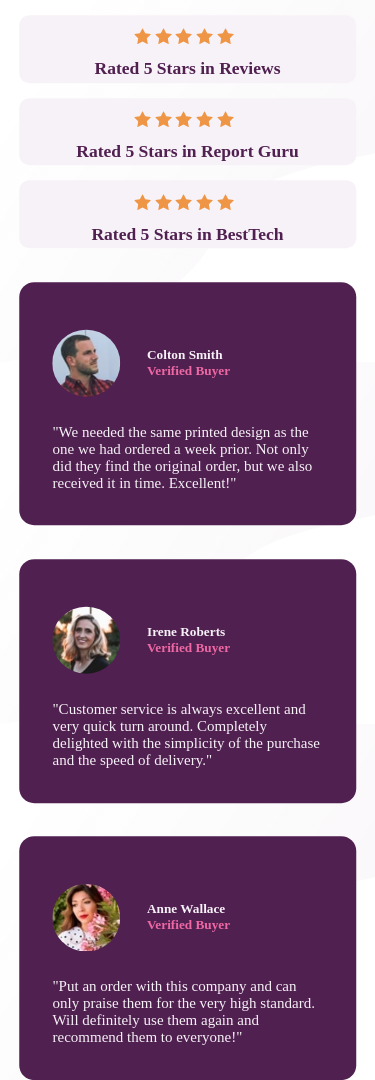
Repository: superZXMzzl/FrontendMentor
Page: social-proof-section-master/index.html
An editor plug-in stored every save of this project. The page is shown before and after the next save, followed by the edit.
The browser window is 375 px wide. The pictures show the whole page.

Above is the page before, as saved 2022-05-10 11:53:47.

### social-proof-section-master/index.html
<!DOCTYPE html>
<html lang="en">
  <head>
    <meta charset="UTF-8" />
    <meta name="viewport" content="width=device-width, initial-scale=1.0" />
    <!-- displays site properly based on user's device -->

    <link
      rel="icon"
      type="image/png"
      sizes="32x32"
      href="./images/favicon-32x32.png"
    />
    <link rel="stylesheet" href="style.css">
    <title>Frontend Mentor | Social proof section</title>


  </head>
  <body>

    <div class="container">
      <div class="top">
        <div class="left">
          <p class="leftTitle">10,000+ of our users love our products.</p>
          <p class="leftDes">We only provide great products combined with excellent customer service.
            See what our satisfied customers are saying about our services.</p>
        </div>
        <div class="right">
          <div class="right1">
            <div class="starBox">
              <img src="./images/icon-star.svg" class="star">
              <img src="./images/icon-star.svg" class="star">
              <img src="./images/icon-star.svg" class="star">
              <img src="./images/icon-star.svg" class="star">
              <img src="./images/icon-star.svg" class="star">
            </div>
            <h3 class="starDes">Rated 5 Stars in Reviews</h3>
          </div>
          <div class="right2">
            <div class="starBox">
              <img src="./images/icon-star.svg" class="star">
              <img src="./images/icon-star.svg" class="star">
              <img src="./images/icon-star.svg" class="star">
              <img src="./images/icon-star.svg" class="star">
              <img src="./images/icon-star.svg" class="star">
            </div>
            <h3 class="starDes">Rated 5 Stars in Report Guru</h3>
          </div>
          <div class="right3">
            <div class="starBox">
              <img src="./images/icon-star.svg" class="star">
              <img src="./images/icon-star.svg" class="star">
              <img src="./images/icon-star.svg" class="star">
              <img src="./images/icon-star.svg" class="star">
              <img src="./images/icon-star.svg" class="star">
            </div>
            <h3 class="starDes">Rated 5 Stars in BestTech</h3>
          </div>
        </div>
      </div>
      <div class="bottom">
        <div class="card1">
          <div class="cardHead">
            <img src="./images/image-colton.jpg" class="avatar">
            <div class="cardHeadText">
              <h5>Colton Smith</h5>
              <h5 class="ii">Verified Buyer</h5>
            </div>
          </div>
          <p class="cardText">"We needed the same printed design as the one we had ordered a week prior.
            Not only did they find the original order, but we also received it in time.
            Excellent!"</p>
        </div>
        <div class="card2">
          <div class="cardHead">
            <img src="./images/image-irene.jpg" class="avatar">
            <div class="cardHeadText">
              <h5>Irene Roberts</h5>
              <h5 class="ii">Verified Buyer</h5>
            </div>
          </div>
          <p class="cardText">"Customer service is always excellent and very quick turn around. Completely
            delighted with the simplicity of the purchase and the speed of delivery."
          </p>
        </div>
        <div class="card3">
          <div class="cardHead">
            <img src="./images/image-anne.jpg" class="avatar">
            <div class="cardHeadText">
              <h5>Anne Wallace</h5>
              <h5 class="ii">Verified Buyer</h5>
            </div>
          </div>
          <p class="cardText">"Put an order with this company and can only praise them for the very high
            standard. Will definitely use them again and recommend them to everyone!"</p>
        </div>
      </div>
    </div>
  </body>
</html>

### social-proof-section-master/style.css
* {
    margin: 0;
    padding: 0;
    box-sizing: border-box;
}

body {
    min-height: 100vh;
    display: flex;
    align-items: center;
    background-image: url(./images/bg-pattern-top-desktop.svg);
    position: relative;
}

.container {
    position: absolute;
    width: 90%;
    left: 50%;
    top: 50%;
    transform: translate(-50%, -50%);
}

.top {
    display: grid;
    align-items: center;
    grid-template-columns: 1fr 1fr;
}

.right1, .right2, .right3 {
    display: flex;
    align-items: center;
    background-color: hsl(300, 24%, 96%);
    margin: 15px 0;
    border-radius: 10px;
    width: 70%;
    font-size: 15px;
    color: hsl(300, 43%, 22%);
}

.right2 {
    margin-left: 15%;
}

.right3 {
    margin-left: 30%;
}

.starBox {
    margin: 10px;
    margin-right: 5%;
}

.bottom {
    width: 100%;
    display: flex;
    align-items: center;
    justify-content: space-between;
}

.card1, .card2, .card3 {
    margin-right: 20px;
    background-color: hsl(300, 43%, 22%);
    padding: 2%;
    border-radius: 15px;
    color: hsl(300, 24%, 96%)
}

.leftTitle {
    margin: 5% 0;
    color: hsl(300, 43%, 22%);
    font-weight: bolder;
    font-size: 60px;
    line-height: 0.8;
}

.leftDes {
    color: hsl(300, 43%, 22%);
}

.card2 {
    margin-top: 5%;
}

.card3 {
    margin-top: 10%;
    margin-right: 0;
}

.cardHead {
    display: flex;
    align-items: center;
    margin-bottom: 5%;
}

.avatar {
    border-radius: 100%;
    overflow: hidden;
    width: 25%;
    margin-right: 10%;
    padding: 5% 0;
}

.ii {
    color: hsl(333, 80%, 67%);
}

.cardText {
    font-size: 15px;
}

@media screen and (max-width:450px){
    .container {
        display: block;
    }

    .top {
        display: block;
    }

    .right {
        display: block;
    }

    .right1, .right2, .right3 {
        margin-left: 0;
        width: 100%;
        display: block;
        align-items: center;
        text-align: center;
        padding: 1% 0;
    }

    .bottom {
        margin-top: 10%;
        display: block;
    }

    .card1, .card2, .card3 {
        margin-right: 0;
        padding: 10%;
        margin-top: 10%;
    }
}

After the next save:
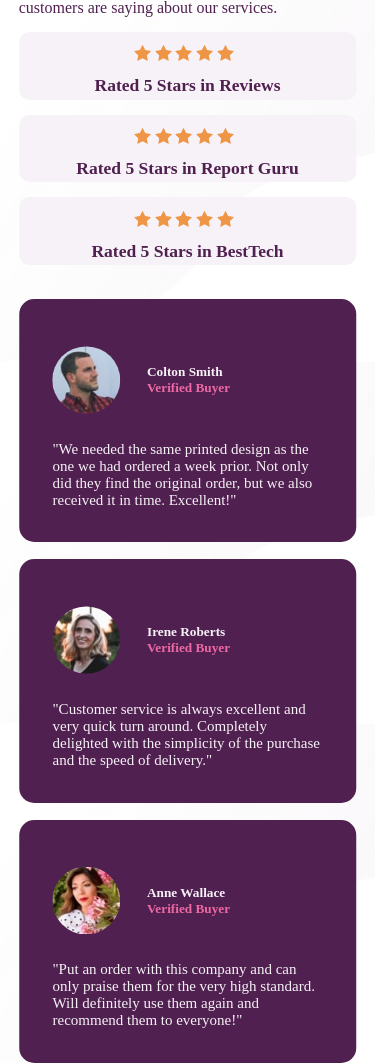
Saved 8 s later.
--- a/social-proof-section-master/style.css
+++ b/social-proof-section-master/style.css
@@ -138,6 +138,6 @@ body {
     .card1, .card2, .card3 {
         margin-right: 0;
         padding: 10%;
-        margin-top: 10%;
+        margin-top: 5%;
     }
 }
